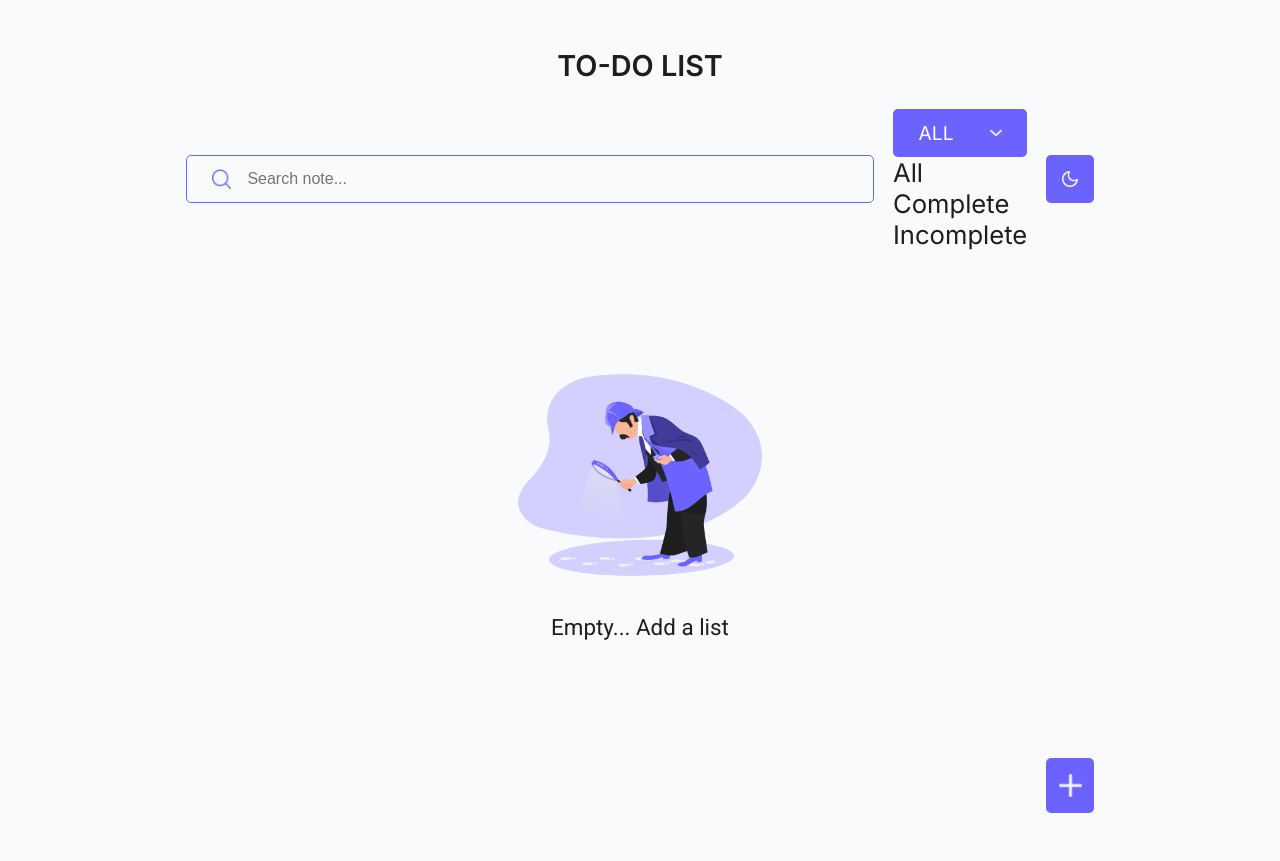
Repository: Marykeje/To-do-list
Page: index.html
These files come from the project's save history. The page is drawn as it stood at one moment and after the next save; the edit follows.
The browser window is 1280 px wide. The pictures show the whole page.
The style sheet was rebuilt from its Sass, Less or Tailwind sources for each picture, by a compiler version that may differ from the author's.

Above is the page before, as saved 2025-12-03 10:08:15.

### index.html
<!DOCTYPE html>
<html lang="en">
  <head>
    <meta charset="UTF-8" />
    <meta name="viewport" content="width=device-width, initial-scale=1.0" />
    <title>To-do-list</title>

    <link rel="stylesheet" href="./css/style.css" />
  </head>
  <body>
    <div class="to-do container">
      <div class="header">
        <h1 class="header__title">To-do List</h1>
        <div class="header__heading-info">
          <div class="header__search">
            <img src="./img/search-icon.png" alt="search-icon" />
            <input type="text" placeholder="Search note..." />
          </div>
          <div class="header__btns">
            <div class="header__all-select">
              <div class="header__select-part">
                <p>ALL</p>
                <img src="./img/chevron-top.png" alt="" />
              </div>
              <div class="header__all-dropdown">
                <p>All</p>
                <p>Complete</p>
                <p>Incomplete</p>
              </div>
            </div>
            <div class="header__mode">
              <img src="./img/mode-icon.png" alt="" />
            </div>
          </div>
        </div>
      </div>
      <div class="empty">
        <img src="./img/empty-icon.png" alt="" />
        <p>Empty... Add a list</p>
      </div>
      <div class="add-list">
        <div class="add-list__list-item">
          <div class="add-list__lists">
            <div class="add-list__list-check">
              <div>
                <input type="checkbox" />
              </div>
              <p>NOTE 1</p>
            </div>
            <div class="add-list__edit-icons">
              <img src="./img/edit-icon.svg" alt="" />
              <img src="./img/delete-icon.svg" alt="" />
            </div>
          </div>
          <div class="add-list__lists">
            <div class="add-list__list-check">
              <div>
                <input type="checkbox" />
              </div>
              <p>NOTE 2</p>
            </div>
            <div class="add-list__edit-icons">
              <img src="./img/edit-icon.svg" alt="" />
              <img src="./img/delete-icon.svg" alt="" />
            </div>
          </div>
          <div class="add-list__lists">
            <div class="add-list__list-check">
              <label class="check">
                <input type="checkbox" id="my-check" />
                <span class="check__checkmark"></span>
              </label>
              <p>NOTE 3</p>
            </div>
            <div class="add-list__edit-icons">
              <img src="./img/edit-icon.svg" alt="" />
              <img src="./img/delete-icon.svg" alt="" />
            </div>
          </div>
        </div>
      </div>
      <div class="add-icon" id="add-btn" onclick="openModal()">
        <img src="./img/plus-icon.png" alt="" />
      </div>
    </div>

    <!-- for add list pop up -->
    <div class="modal" id="modal">
      <div class="modal__heading">
        <h4>New note</h4>
        <div class="header__search">
          <input type="text" placeholder="Input your note" />
        </div>
      </div>
      <div class="btns">
        <button class="btns__cancel" id="cancel-modal" onclick="closeModal()">
          Cancel
        </button>
        <button class="btns__apply" id="apply">Apply</button>
      </div>
    </div>
    <div class="overlay hidden" id="closeOverlay"></div>

    <script src="./js/script.js"></script>
  </body>
</html>

### js/script.js
function cancel() {}

// getting the elements
// let cancel = (document.getElementById("cancel").style.display = "none");

// let open = document.getElementById("add");
// let modal = document.getElementByIdby("openModal");
// let cancelModal = document.getElementById("cancelModal");

// when button is opened
// modal.addEventListener("click", () => {
// open.style.display = ""
// modal.style.display = "block"; // show modal
// });

// const openModal = function () {
// console.log("Button clicked");
// modal.classList.add("open"); //gives the list of css class in the element
// };

function openModal() {
  const clickOpen = document.getElementById("add-btn");
  const modal = document.getElementById("modal");
  const overlay = document.getElementById("closeOverlay");

  // const closeModal = document.getElementById("cancelModal");

  clickOpen.style.display = "block";
  modal.style.display = "block";
  overlay.style.display = "block";
  // closeModal.style.display.hidden = "";

  // console.log(modal.style.display)
}

// openModal()
// for the close modal
function closeModal() {
  const closeModal = document.getElementById("cancel-modal");
  const modal = document.getElementById("modal");
  const overlay = document.getElementById("closeOverlay");

  closeModal.style.display = "block";
  modal.style.display = "none";
  overlay.style.display = "none";
}

### sass/main.scss
@import "./pages/style.scss";

### sass/pages/style.scss
/* Inter Font Import */
@import url("https://fonts.googleapis.com/css2?family=Inter:ital,opsz,wght@0,14..32,100..900;1,14..32,100..900&display=swap");

//  for roboto font
@import url("https://fonts.googleapis.com/css2?family=Montserrat:ital,wght@0,100..900;1,100..900&family=Roboto:ital,wght@0,100..900;1,100..900&display=swap");

* {
  margin: 0;
  padding: 0;
  box-sizing: border-box;
}

.html {
  font-size: 50%;
}

body {
  font-size: 1.6rem;
  // font-weight: 500;
  font-family: "Inter", sans-serif;
  background-color: #f9fafb;
  color: #1e1e1e;
}

.container {
  max-width: 60rem;
  margin: auto;
  padding: 3rem 1.6rem;
}

.to-do {
  display: flex;
  flex-direction: column;
  gap: 2.4rem;
}

.header {
  display: flex;
  flex-direction: column;
  gap: 1.6rem;

  @media (max-width: 650px) {
    gap: 1.2rem;
  }

  &__title {
    font-size: 1.8rem;
    font-weight: 600;
    text-align: center;
    text-transform: uppercase;

    @media (max-width: 550px) {
      font-size: 1.4rem;
    }
  }

  &__heading-info {
    display: flex;
    align-items: center;
    gap: 1.2rem;

    @media (max-width: 550px) {
      // gap: 1rem;
      flex-wrap: wrap;
    }
  }

  &__search {
    padding: 0.8rem 1.6rem;
    border: 1px solid #6c63ff;
    border-radius: 5px;

    display: flex;
    align-items: center;
    gap: 1rem;

    width: 100%;
    height: 3rem;

    @media (max-width: 450px) {
      padding: 5px 0.8rem;
      height: 3rem;
    }

    @media (max-width: 350px) {
      height: 2rem;
    }

    & img {
      display: block;
      width: 1.2rem;
    }
  }

  &__btns {
    display: flex;
    align-items: center;
    gap: 1.2rem;

    @media (max-width: 550px) {
      gap: 0.8rem;
    }
  }

  &__select-part {
    display: flex;
    align-items: center;
    justify-content: space-between;
    gap: 1.4rem;

    padding: 1rem 1.6rem;
    height: 3rem;

    font-size: 1.2rem;
    background-color: #6c63ff;
    color: #ffffff;
    border-radius: 5px;

    @media (max-width: 550px) {
      height: 2.5rem;
    }

    & img {
      display: block;
      width: 0.8rem;
    }
  }

  &__mode {
    background-color: #6c63ff;
    color: #ffffff;
    border-radius: 5px;
    cursor: pointer;

    padding: 1rem;
    height: 3rem;
    width: 3rem;

    display: flex;
    justify-content: center;

    @media (max-width: 550px) {
      height: 2.5rem;
      padding: 0.8rem;
    }

    & img {
      display: block;
      width: 1.4rem;

      @media (max-width: 550px) {
        width: 1.2rem;
      }
    }
  }
}

.empty {
  display: flex;
  flex-direction: column;
  align-items: center;
  justify-content: center;
  font-family: "roboto";
  gap: 2rem;

  height: 60vh;

  @media (max-width: 550px) {
    height: 55vh;
  }

  & img {
    display: block;
    width: 17rem;

    @media (max-width: 550px) {
      width: 12rem;
    }
  }

  & p {
    font-size: 1.4rem;

    @media (max-width: 550px) {
      font-size: 1rem;
    }
  }
}

.add-list {
  display: flex;
  flex-direction: column;
  gap: 2.4rem;

  font-family: "inter";

  padding: 0rem 7rem;
  height: 60vh;

  display: none;

  &__lists {
    padding: 1rem;
    border-bottom: 1px solid #6c63ff;

    display: flex;
    justify-content: space-between;
  }

  &__list-check {
    display: flex;
    align-items: center;
    gap: 1.2rem;

    & p {
      font-weight: 600;
    }
  }

  &__edit-icon {
    display: flex;
    align-items: center;
    gap: 1.2rem;

    & img {
      display: block;
      width: 1.8rem;
      color: #cdcdcd;
    }
  }
}

.add-icon {
  background-color: #6c63ff;
  color: #ffffff;
  border-radius: 5px;
  cursor: pointer;

  padding: 1rem;
  margin-left: auto;
  width: 3rem;

  display: flex;
  justify-content: center;

  @media (max-width: 550px) {
    height: 2.5rem;
    padding: 0.8rem;
  }

  & img {
    display: block;
    width: 1.4rem;

    @media (max-width: 550px) {
      width: 1.2rem;
    }
  }
}

input {
  width: 100%;
  border: none;
  font-size: 1rem;

  background: transparent;

  &:focus {
    outline: none;
  }

  &::placeholder {
    @media (max-width: 350px) {
      font-size: 0.8rem;
    }
  }
}

.check {
  display: block;
  position: relative;
  padding-left: 2rem;
  cursor: pointer;
  font-size: 1.6rem;
  user-select: none; /* prevent text selection*/

  // input[type="checkbox"] {
    // position: absolute;
    // opacity: 0; /* hides the actual result*/
    // height: 0;
    // width: 0;
    // -webkit-appearance: none;
  // }

  &__checkmark {
    position: absolute;
    top: 0;
    left: 0;
    height: 2rem;
    width: 2rem;
    // background-color: #fff;
    border: 1px solid #6c63ff;
    border-radius: 5px;

    & ::after {
      content: "";
      position: absolute;
      display: none;
      left: 0.9prem;
      top: 5px;
      height: 1rem;
      border: #ffffff;
      // border-width: 0 3px 3px 0;
      // transform: rotate(45deg);
    }

    input[type="checkbox"]:checked {
      background-color: #6c63ff;
      border: none;

      display: none;
    }
  }
}

// modal style
.overlay {
  position: fixed;
  top: 0;
  left: 0;
  width: 100vw;
  height: 100vh;
  background-color: rgba($color: #1a1a1a, $alpha: 0.8);
  cursor: pointer;
  z-index: 9999;

  &.hidden {
    display: none;
  }
}

.modal {
  position: fixed;
  left: 50%;
  top: 35%;
  z-index: 99999;

  width: 40rem;
  max-width: 90dvw;
  // height: 100dvh;
  // transform: translateX(100%);
  transform: translate(-50%, -50%);

  background-color: #ffffff;
  border-radius: 1.6rem;

  // transition: all 0.3s ease-out;

  padding: 2.4rem;

  display: flex;
  flex-direction: column;
  gap: 2rem;

  display: none;

  @media (max-width: 540px) {
    width: 30rem;
    padding: 1.8rem;
  }

  @media (max-width: 450px) {
    padding: 1rem 1.4rem;
  }

  @media (max-width: 350px) {
    top: initial;
    bottom: 0;
    right: 0;

    width: 100%;
    transform: translate(-50%, 0);
    border-bottom-left-radius: 0;
    border-bottom-right-radius: 0;

    padding: 1rem;
    // max-width: 100dvw;
  }

  .open {
    transform: translate(-50%, -50%) scale(1);
    pointer-events: all;
    overflow-y: auto;

    @media (max-width: 450px) {
      // transform: translate(0, 0);
    }
  }

  &__heading {
    height: 12rem;

    display: flex;
    flex-direction: column;
    align-items: center;
    gap: 1.4rem;

    @media (max-width: 540px) {
      gap: 1rem;
    }

    @media (max-width: 350px) {
      gap: 0.8rem;
    }

    & h4 {
      text-transform: uppercase;
      font-size: 1.4rem;

      @media (max-width: 350px) {
        font-size: 1.2rem;
      }
    }
  }
}

.btns {
  display: flex;
  justify-content: space-between;

  &__cancel {
    text-transform: uppercase;
    color: #6c63ff;
    font-weight: 700;
    background: none;
    border: 1.5px solid #6c63ff;
    border-radius: 5px;

    padding: 0.8rem 1.2rem;

    cursor: pointer;

    @media (max-width: 450px) {
      padding: 0.8rem 1rem;
      font-weight: 600;
    }

    @media (max-width: 350px) {
      padding: 5px 7px;
      font-weight: 500;
    }
  }

  &__apply {
    text-transform: uppercase;
    color: #ffffff;
    font-weight: 700;
    background: #6c63ff;
    border: none;
    border-radius: 5px;

    padding: 0.8rem 1.2rem;

    cursor: pointer;

    @media (max-width: 450px) {
      padding: 0.8rem 1rem;
      font-weight: 600;
    }

    @media (max-width: 350px) {
      padding: 5px 7px;
      font-weight: 500;
    }
  }
}

After the next save:
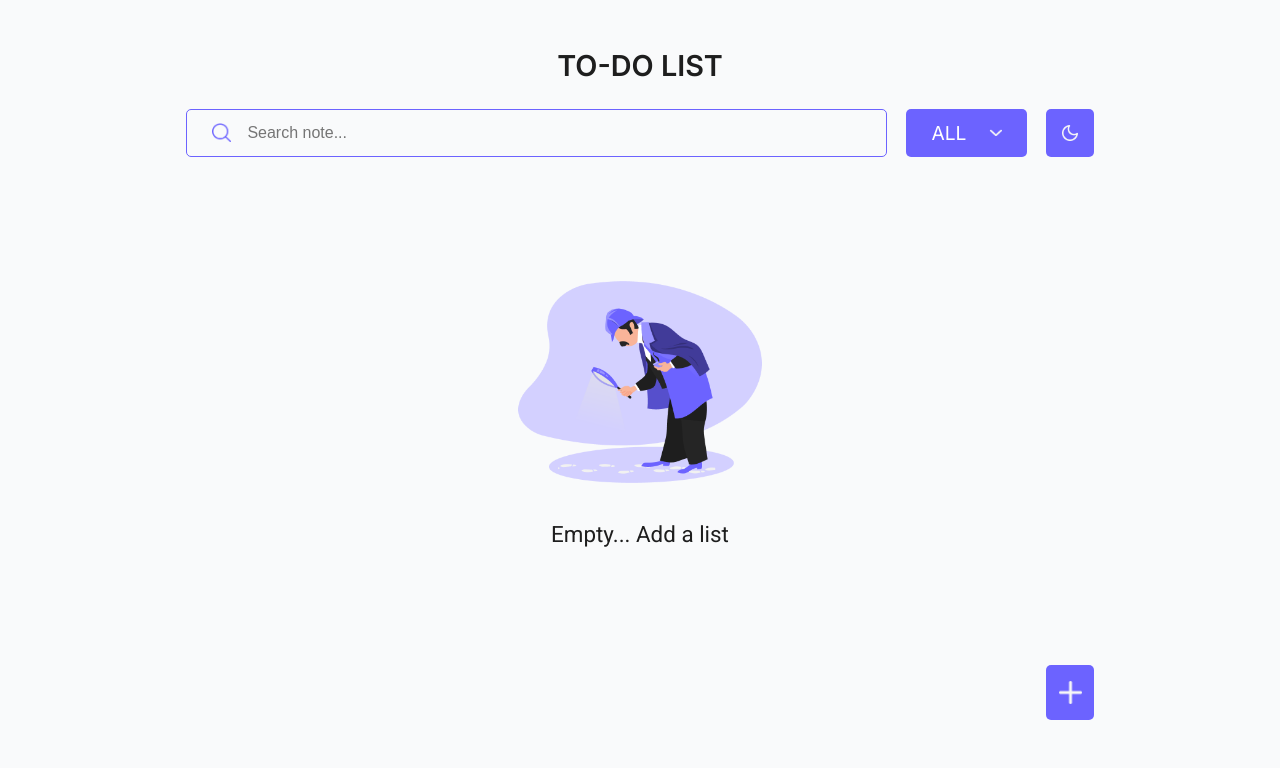
Saved 2 min 36 s later.
--- a/index.html
+++ b/index.html
@@ -22,11 +22,7 @@
                 <p>ALL</p>
                 <img src="./img/chevron-top.png" alt="" />
               </div>
-              <div class="header__all-dropdown">
-                <p>All</p>
-                <p>Complete</p>
-                <p>Incomplete</p>
-              </div>
+
             </div>
             <div class="header__mode">
               <img src="./img/mode-icon.png" alt="" />
